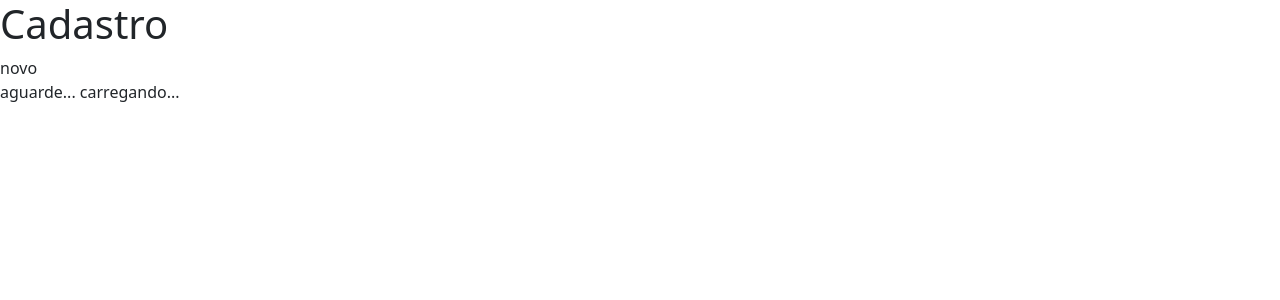
Repository: marcolino-t/Desenvolvimento_Web
Page: OlaMundo2/src/main/webapp/cadastroapi/pessoa.html
These files come from the project's save history. The page is drawn as it stood at one moment and after a run of saves; the edit follows.
The browser window is 1280 px wide. The pictures show the whole page.
The page's requests for data from a server got no answer.

Above is the page before, as saved 2024-11-19 22:51:38.

### OlaMundo2/src/main/webapp/cadastroapi/pessoa.html
<!DOCTYPE html>
<html>
<head>
<meta charset="UTF-8">
<title>Insert title here</title>
<link href="https://cdn.jsdelivr.net/npm/bootstrap@5.3.3/dist/css/bootstrap.min.css"
rel="stylesheet" integrity="sha384-QWTKZyjpPEjISv5WaRU9OFeRpok6YctnYmDr5pNlyT2bRjXh0JMhjY6hW+ALEwIH" crossorigin="anonymous">
</head>
<body>
	<h1>Cadastro</h1>
	<div class=input
	<button type="button" class="btn btn-primary" onclick = "novo()">novo</button>
	<div id="resposta"></div>

	<div class="modal" id="formulario" tabindex="-1">
	  <div class="modal-dialog">
	    <div class="modal-content">
	      <div class="modal-header">
	        <h1 class="modal-title" id="exampleModalLabel">Cadastros de Pessoa</h1>
	        <button type="button" class="btn-close" data-bs-dismiss="modal" aria-label="Close"></button>
	      </div>
	      <div class="modal-body">

		        <div class="input-group mb-3">
				  <span class="input-group-text" id="basic-addon1">Nome</span>
				  <input id="nome" type="text" class="form-control" placeholder="Username" aria-label="Username" aria-describedby="basic-addon1">
				</div>
				<div class="input-group mb-3">
				  <span class="input-group-text" id="basic-addon1">Telefone</span>
				  <input id="telefone" type="text" class="form-control" placeholder="Username" aria-label="Username" aria-describedby="basic-addon1">
				</div>
				<div class="input-group mb-3">
				  <span class="input-group-text" id="basic-addon1">E-mail</span>
				  <input id="email" type="text" class="form-control" placeholder="Username" aria-label="Username" aria-describedby="basic-addon1">
				</div>
				<div class="input-group mb-3">
				  <span class="input-group-text" id="basic-addon1">Cidade</span>
				  <input id="cidade" type="text" class="form-control" placeholder="Username" aria-label="Username" aria-describedby="basic-addon1">
				</div>

	      </div>
	      <div class="modal-footer">
	        <button type="button" class="btn btn-secondary" data-bs-dismiss="modal">Cancelar</button>
	        <button type="button" class="btn btn-primary" onclick = "salvar()">Salvar</button>
	      </div>
	    </div>
	  </div>
	</div>

	<div class="modal" id="excluir" tabindex="-1">
	  <div class="modal-dialog">
	    <div class="modal-content">
	      <div class="modal-header">
	        <h1 class="modal-title" id="exampleModalLabel">Excluir Pessoa</h1>
	        <button type="button" class="btn-close" data-bs-dismiss="modal" aria-label="Close"></button>
	      </div>
	      <div class="modal-body">
	      Confirmar a exclusão do registro
	      </div>
	      <div class="modal-footer">
	        <button type="button" class="btn btn-secondary" data-bs-dismiss="modal">Não</button>
	        <button type="button" class="btn btn-primary" onclick = "excluirsim()">Salvar</button>
	      </div>
	    </div>
	  </div>
	</div>


	<script src="https://cdn.jsdelivr.net/npm/bootstrap@5.3.3/dist/js/bootstrap.bundle.min.js"
		integrity="sha384-YvpcrYf0tY3lHB60NNkmXc5s9fDVZLESaAA55NDzOxhy9GkcIdslK1eN7N6jIeHz" crossorigin="anonymous"></script>
	<script>

		const modal = new bootstrap.Modal('#formulario');
		const modalexcluir = new bootstrap.Modal('#excluir');
		listar();
		var idatual = 0;

		function listar() {
			document.getElementById("resposta").innerHTML = "aguarde... carregando..."

			fetch("../PessoaAPI")
				.then(resp => resp.json())
				.then(dados => mostrar(dados));

			function mostrar(dados) {
				var tab = "<table class = 'table table-hover'>"
								+"<th>id</th>"
								+"<th>nome</th>"
								+"<th>telefone</th>"
								+"<th>email</th>"
								+"<th>cidade</th>";
				for (i in dados) {
					tab += "<tr>"
						+ "<td>" + dados[i].idpessoa + "</td>"
						+ "<td>" + dados[i].nome + "</td>"
						+ "<td>" + dados[i].telefone + "</td>"
						+ "<td>" + dados[i].email + "</td>"
						+ "<td>" + dados[i].cidade + "</td>"
						+ "<td>"
						+ "<a href='#' onclick='alterar("+dados[i].idpessoa +")'><img src='img/edit.svg' >"
						+ "<a href='#' onclick='excluir("+dados[i].idpessoa +")'><img src='img/delete.svg' >"
						+ "</td>"
						+ "</tr>"
				}
				tab += "</table>";
				document.getElementById("resposta").innerHTML = tab;
		}
		}
		function alterar(idpessoa){
			idatual = idpessoa;
			fetch("../PessoaAPI/"+idpessoa)
				.then(resp => resp.json())
				.then(function (resposta){
					document.getElementById("nome").value=resposta.nome;
					document.getElementById("telefone").value=resposta.telefone;
					document.getElementById("email").value=resposta.email;
					document.getElementById("cidade").value=resposta.cidade;
					modal.show();
				})



		}

		function excluir(idpessoa){
			idatual = idpessoa;
			modalexcluir.show();

		}

		function excluirsim(){
			fetch("../PessoaAPI/" + idatual,
					{method:"DELETE"}
			).then(resp => resp.json())
			.then(function (resposta){
				alert(resposta.mensagem);
				modalexcluir.hide();

				listar();
			});
		}

		function novo() {
			idatual = -1;
			document.getElementById("nome").value="";
			document.getElementById("telefone").value="";
			document.getElementById("email").value="";
			document.getElementById("cidade").value="";
			modal.show();
		}
		function salvar(){
			//pega os valores digitados pelo usuario
			let pessoa = {};
			pessoa.nome = document.getElementById("nome").value;
			pessoa.telefone = document.getElementById("telefone").value;
			pessoa.email = document.getElementById("email").value;
			pessoa.cidade = document.getElementById("cidade").value;

			let body = JSON.stringify(pessoa);

			let endereco =  "../PessoaAPI"
			let metodo = "POST"
			if (idatual > 0){
				endereco = "../PessoaAPI/" + idatual;
				metodo = "PUT";
			}

			fetch(endereco,
					{method:metodo, body: body}
				).then(resp => resp.json())
			.then(function (resposta){
				alert(resposta.mesagem);
				modal.hide();
				listar();
			});

		}
	</script>

</body>
</html>

After the next 2 saves:
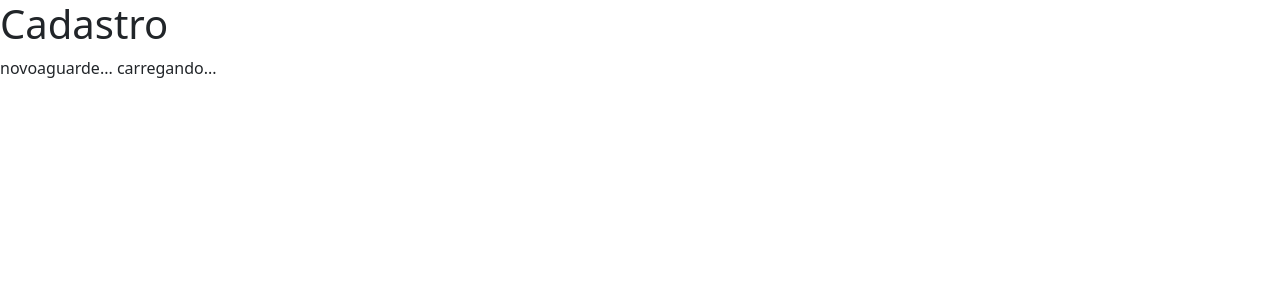
The 2 saves are shown as one change because they came seconds apart.
The last was saved 8 s later.
--- a/OlaMundo2/src/main/webapp/cadastroapi/pessoa.html
+++ b/OlaMundo2/src/main/webapp/cadastroapi/pessoa.html
@@ -8,7 +8,7 @@ rel="stylesheet" integrity="sha384-QWTKZyjpPEjISv5WaRU9OFeRpok6YctnYmDr5pNlyT2bR
 </head>
 <body>
 	<h1>Cadastro</h1>
-	<div class=input
+	<div class=input-group mb-
 	<button type="button" class="btn btn-primary" onclick = "novo()">novo</button>
 	<div id="resposta"></div>
 
